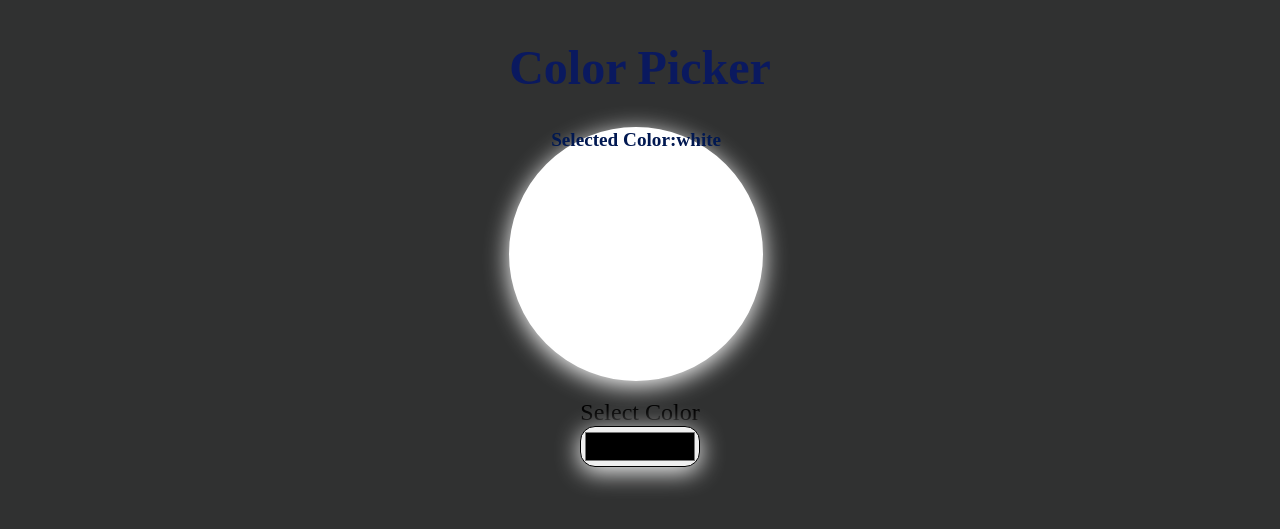
Repository: rkrukshan/Color-Picker--React-
Page: /
An editor plug-in stored every save of this project. The page is shown before and after the next save, followed by the edit.
The browser window is 1280 px wide. The pictures show the whole page.
The project was rebuilt for these pictures with package versions that can differ from the ones it lists, and the page was loaded fresh each time. Also part of the build but not shown: vite.config.js.

Above is the page before, as saved 2024-07-21 19:10:25.

### src/App.jsx
import ColorPicker from "./ColorPicker"

function App() {

  return (
    <>
    <ColorPicker/>
    </>
  )

}

export default App

### src/index.css
body{
  background-color:rgb(48, 49, 49);
}
.cp-container {
  text-align: center;
  display: grid;
  align-items:center;
  justify-content: center;
}
.heading {
  color: rgb(10, 25, 95);
  font-size: 3em;
}
.color-pad {
  height: 250px;
  width: 250px;
  border:2px solid rgb(255, 255, 255);
  border-radius: 50%;
  box-shadow:0px 5px 25px rgb(255, 255, 255);
  transition: .25s;
}
.selectedlabel
{
  font-size: larger;
  font-weight: bolder;
  color:rgb(1, 24, 81);
}
.selectlabel{
font-size: 1.5em;
}
.colorpicker{
  width: 9em;
  height: 41px;
  border-radius:15px;
  box-shadow:0px 5px 25px rgb(255, 255, 255);
  transition: 11s;
}

### src/ColorPicker.jsx
import { useState } from "react";

function ColorPicker() {
  const [color, setColor] = useState("white");

  function updateColor(event) {
    setColor(event.target.value);
  }
  return (
    <div className="cp-container">
      <h1 className="heading">Color Picker</h1>
      <div className="color-pad" style={{ backgroundColor: color }}>
        <label htmlFor="cp" className="selectedlabel">
          Selected Color:{color}
        </label>
      </div>
      <br />
      <div className="btncp">
        <label htmlFor="scp" className="selectlabel">
          Select Color
        </label>
        <br />
        <input
          type="color"
          value={color}
          onChange={updateColor}
          className="colorpicker"
        />
      </div>
    </div>
  );
}
export default ColorPicker;

Loaded but not shown: index.html (common file); src/main.jsx (common file)

After the next save:
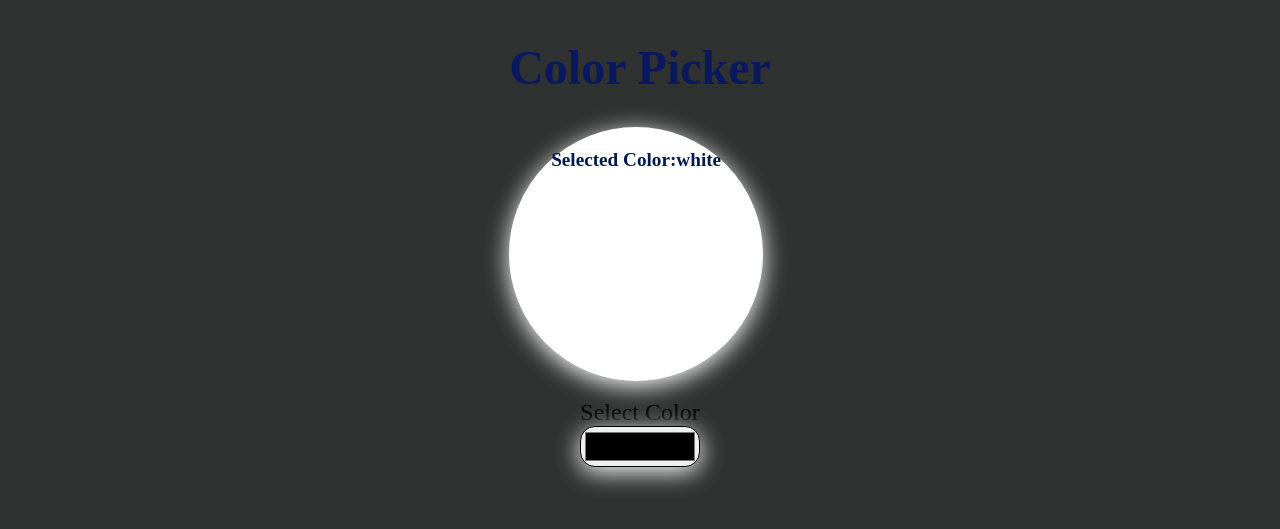
Saved 22 s later.
--- a/src/ColorPicker.jsx
+++ b/src/ColorPicker.jsx
@@ -10,9 +10,9 @@ function ColorPicker() {
     <div className="cp-container">
       <h1 className="heading">Color Picker</h1>
       <div className="color-pad" style={{ backgroundColor: color }}>
-        <label htmlFor="cp" className="selectedlabel">
+        <p htmlFor="cp" className="selectedlabel">
           Selected Color:{color}
-        </label>
+        </p>
       </div>
       <br />
       <div className="btncp">
